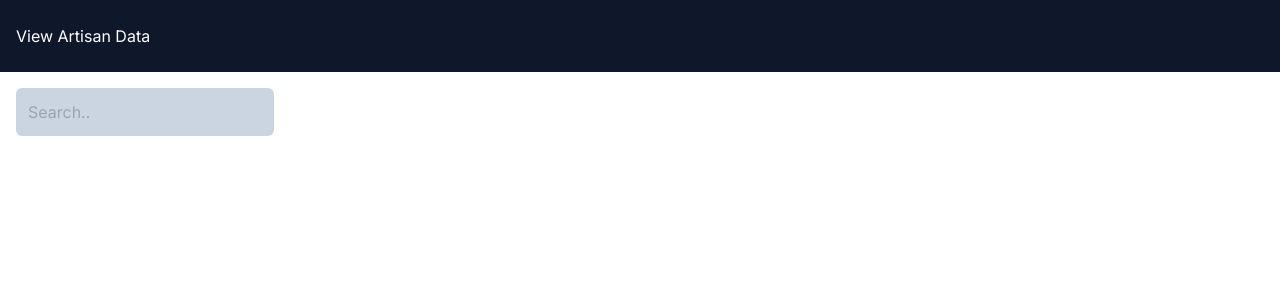
Repository: marcusdashe/artisanindex_frontend
Page: /components/ViewArtisanDataScreen
An editor plug-in stored every save of this project. The page is shown before and after the next save, followed by the edit.
The browser window is 1280 px wide. The pictures show the whole page.
The project was rebuilt for these pictures with package versions that can differ from the ones it lists, and the page was loaded fresh each time. The framework's server and built-in components were replaced by stand-ins that run in the browser. Also part of the build but not shown: next.config.js.

Above is the page before, as saved 2023-03-07 13:07:50.

### pages/_document.js
import { Html, Head, Main, NextScript } from "next/document";

export default function Document() {
  return (
    <Html lang="en">
      <Head>
        <link rel="preconnect" href="https://fonts.googleapis.com" />
        <link
          rel="preconnect"
          href="https://fonts.gstatic.com"
          crossOrigin="true"
        />
        <link
          href="https://fonts.googleapis.com/css2?family=Inter:wght@100;200;300;400;500;600&display=swap"
          rel="stylesheet"
        />
      </Head>
      <body>
        <Main />
        <NextScript />
      </body>
    </Html>
  );
}

### pages/components/ViewArtisanDataScreen.js
import React from "react";

function ViewArtisanDataScreen() {
  return (
    <div className="w-full h-[100vh]">
      <div className="w-full h-[10vh] bg-slate-900 flex items-center content-center justify-start p-4">
        <h1 className="text-white">View Artisan Data</h1>
      </div>
      <div className="w-full h-[90vh] p-4 overflow-y-scroll overflow-x-hidden">
        <input
          type="text"
          placeholder="Search.."
          className="bg-slate-300 rounded-md p-3"
        />
      </div>
    </div>
  );
}

export default ViewArtisanDataScreen;

### styles/globals.css
@tailwind base;
@tailwind components;
@tailwind utilities;

@layer base {
  html {
    font-family: "Inter", sans-serif;
  }
}

### tailwind.config.js
/** @type {import('tailwindcss').Config} */

module.exports = {
  content: [
    "./pages/**/*.{js,ts,jsx,tsx}",
    "./components/**/*.{js,ts,jsx,tsx}",
  ],
  theme: {
    extend: {},
  },
  plugins: [],
};

Loaded but not shown: pages/_app.js (common file)

After the next save:
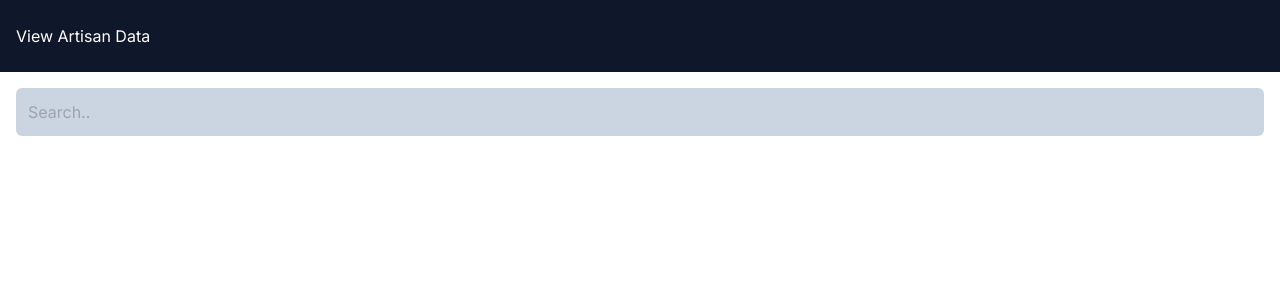
Saved 4 s later.
--- a/pages/components/ViewArtisanDataScreen.js
+++ b/pages/components/ViewArtisanDataScreen.js
@@ -10,7 +10,7 @@ function ViewArtisanDataScreen() {
         <input
           type="text"
           placeholder="Search.."
-          className="bg-slate-300 rounded-md p-3"
+          className="bg-slate-300 rounded-md p-3 w-full"
         />
       </div>
     </div>
